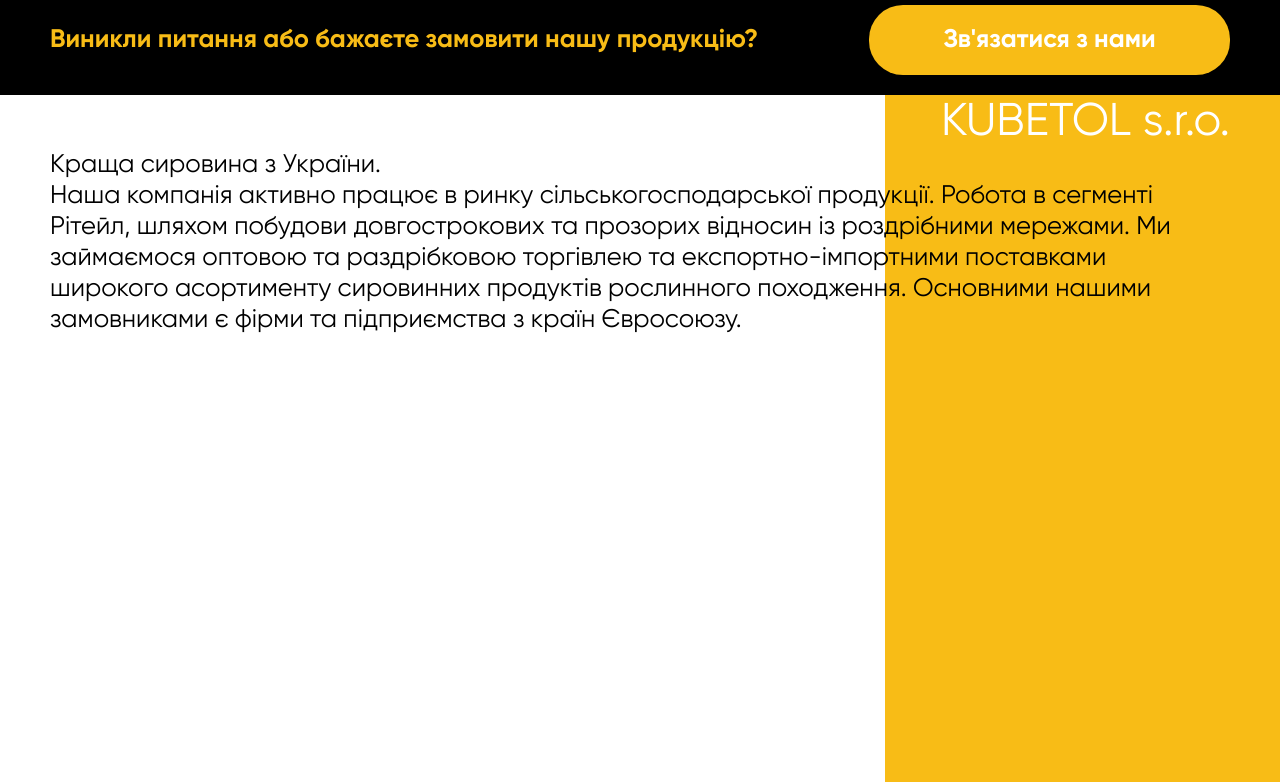
Repository: fanbear/Kubetol
Page: index.html
The author's editor kept a copy of each file at every save. The page is drawn from the files as they stood at one save, then again after the next save.
The browser window is 1280 px wide. The pictures show the part of the page from y = 1198 to 1980 px (the page is 1980 px tall).

Above is the page before, as saved 2023-04-06 20:10:48.

After the next save:
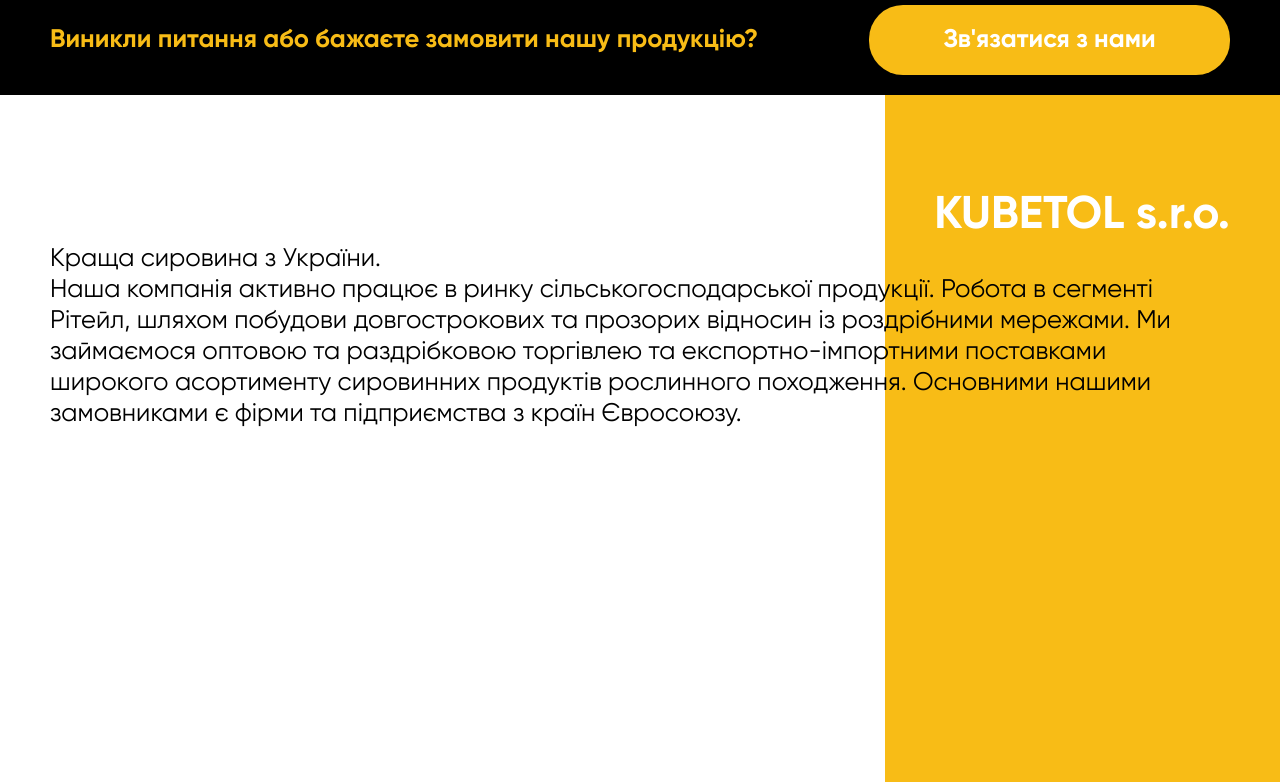
Saved 24 s later.
--- a/css/main.css
+++ b/css/main.css
@@ -185,6 +185,8 @@
     margin-left: auto;
     font-size: var(--font-43);
     color: white;
+    margin-top: 93px;
+    font-weight: bold;
 }
 
 .kubetol-digits__figure {
